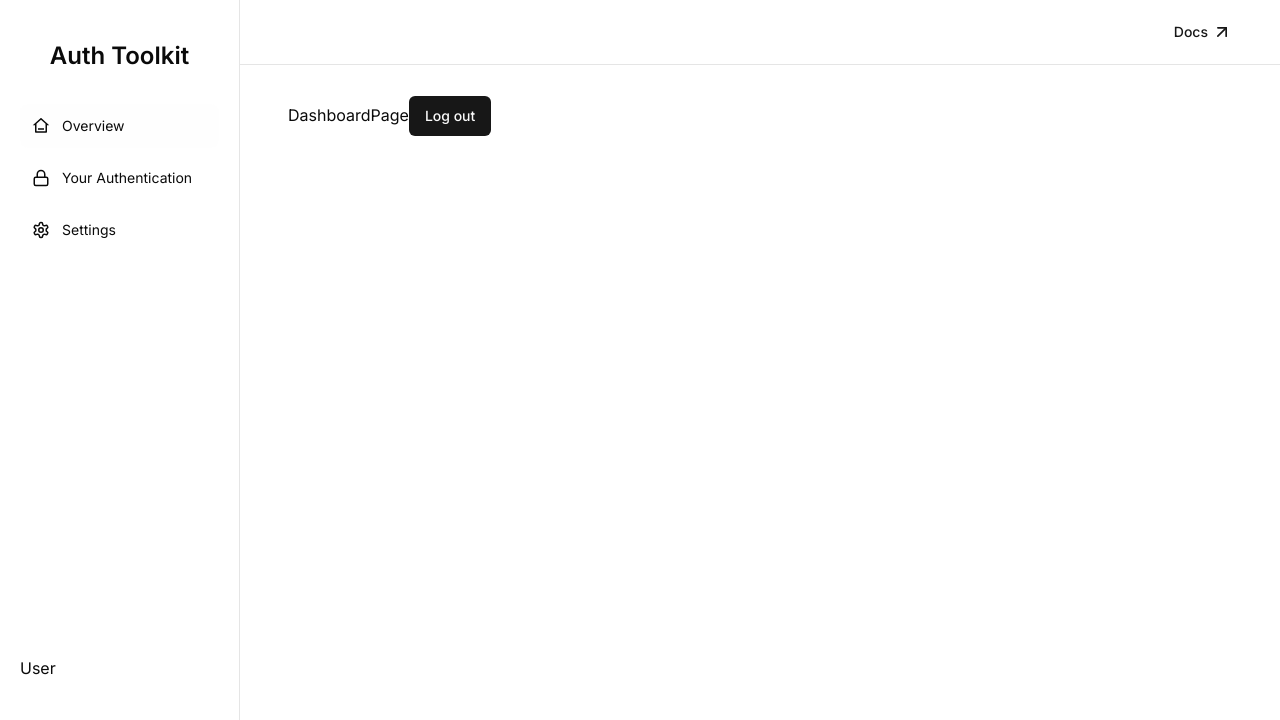
Repository: nickgoel31/authentication-toolkit
Page: /dashboard
An editor plug-in stored every save of this project. The page is shown before and after the next save, followed by the edit.
The browser window is 1280 px wide. The pictures show the whole page.
The page's requests for data from a server got no answer. The project was rebuilt for these pictures with package versions that can differ from the ones it lists, and the page was loaded fresh each time. The framework's server and built-in components were replaced by stand-ins that run in the browser. No one was signed in, and anything a server would have sent is missing. Also part of the build but not shown: next.config.mjs.

Above is the page before, as saved 2024-02-05 20:11:24.

### app/layout.tsx
import type { Metadata } from "next";
import { Inter } from "next/font/google";
import "./globals.css";
import { ThemeProvider } from "@/providers/theme-provider";
import { ModeToggle } from "@/components/mode-toggle";

const inter = Inter({ subsets: ["latin"] });

export const metadata: Metadata = {
  title: "Authentication App",
  description: "Generated by create next app",
};

export default function RootLayout({
  children,
}: Readonly<{
  children: React.ReactNode;
}>) {
  return (
    <html lang="en">
      <body className={inter.className}>
      <ThemeProvider
        attribute="class"
        defaultTheme="system"
        enableSystem
        disableTransitionOnChange
        >
        <div className="relative h-full">
          {children}

        </div>

      </ThemeProvider>
      </body>
    </html>
  );
}

### app/(protected)/dashboard/layout.tsx
import React from 'react'
import Sidebar from '../_components/sidebar'
import Navbar from '../_components/navbar'
import {SessionProvider} from 'next-auth/react'
import { auth } from '@/auth'

const DashboardLayout = async ({children} : {children:React.ReactNode}) => {
  const session = await auth();

  return (
    <SessionProvider session={session}>
      <div className='mx-auto flex flex-col relative pl-72 pt-24'>
          <Sidebar />
          <Navbar />
          {children}
      </div>
    </SessionProvider>
  )
}

export default DashboardLayout

### app/(protected)/dashboard/page.tsx
import { auth, signOut } from '@/auth'
import { Button } from '@/components/ui/button'
import React from 'react'

const DashboardPage = async () => {

  const session = await auth()

  return (
    <div className='h-full'>
      DashboardPage
        <Button type='submit'>Log out</Button>
    </div>
  )
}

export default DashboardPage

### app/globals.css
@tailwind base;
@tailwind components;
@tailwind utilities;

html,body{
  height: 100%;
}

@layer base {
  :root {
    --background: 0 0% 100%;
    --foreground: 0 0% 3.9%;

    --card: 0 0% 100%;
    --card-foreground: 0 0% 3.9%;

    --popover: 0 0% 100%;
    --popover-foreground: 0 0% 3.9%;

    --primary: 0 0% 9%;
    --primary-foreground: 0 0% 98%;

    --secondary: 0 0% 96.1%;
    --secondary-foreground: 0 0% 9%;

    --muted: 0 0% 96.1%;
    --muted-foreground: 0 0% 45.1%;

    --accent: 0 0% 96.1%;
    --accent-foreground: 0 0% 9%;

    --destructive: 0 84.2% 60.2%;
    --destructive-foreground: 0 0% 98%;

    --border: 0 0% 89.8%;
    --input: 0 0% 89.8%;
    --ring: 0 0% 3.9%;

    --radius: 0.5rem;
  }

  .dark {
    --background: 0 0% 3.9%;
    --foreground: 0 0% 98%;

    --card: 0 0% 3.9%;
    --card-foreground: 0 0% 98%;

    --popover: 0 0% 3.9%;
    --popover-foreground: 0 0% 98%;

    --primary: 0 0% 98%;
    --primary-foreground: 0 0% 9%;

    --secondary: 0 0% 14.9%;
    --secondary-foreground: 0 0% 98%;

    --muted: 0 0% 14.9%;
    --muted-foreground: 0 0% 63.9%;

    --accent: 0 0% 14.9%;
    --accent-foreground: 0 0% 98%;

    --destructive: 0 62.8% 30.6%;
    --destructive-foreground: 0 0% 98%;

    --border: 0 0% 14.9%;
    --input: 0 0% 14.9%;
    --ring: 0 0% 83.1%;
  }
}

@layer base {
  * {
    @apply border-border;
  }
  body {
    @apply bg-background text-foreground;
  }
}

### app/(protected)/_components/sidebar.tsx
"use client"

import { cn } from '@/lib/utils';
import { Home, HomeIcon, Lock, LucideHome, Settings } from 'lucide-react'
import { useSession } from 'next-auth/react';
import Link from 'next/link'
import { usePathname } from 'next/navigation';
import React from 'react'
import { RiHome3Line } from "react-icons/ri";

const sidebarLinks = [
    {
        icon: <RiHome3Line size={18}/>,
        name: "Overview",
        path: "/dashboard"
    },
    {
        icon: <Lock size={18}/>,
        name: "Your Authentication",
        path: "/dashboard/auth-app"
    },
    {
        icon: <Settings size={18}/>,
        name: "Settings",
        path: "/dashboard/settings"
    },
]


const Sidebar = () => {

    const path = usePathname()

    const session = useSession()

  return (
    <div className='border-r bg-background z-[12] w-60 h-full fixed top-0 left-0 py-10 flex flex-col space-y-8 justify-between px-5'>
        <div className='flex flex-col space-y-8'>
            <h1 className='font-semibold text-2xl text-center'>Auth Toolkit</h1>

            <div className='flex flex-col gap-2'>
                {sidebarLinks.map((link) => (
                    <Link key={link.path} href={link.path} className={cn('flex gap-3 text-sm items-center hover:bg-neutral-100/10 p-3 rounded-lg', path === link.path ? "bg-neutral-100/10" : "")}>
                        {link.icon}
                        {link.name}
                    </Link>
                ))}
            </div>
        </div>

        <div className=''>
            <h1>User</h1>
        </div>
    </div>
  )
}

export default Sidebar

### app/(protected)/_components/navbar.tsx
import { Button } from '@/components/ui/button'
import { ArrowUpRightIcon } from 'lucide-react'
import Link from 'next/link'
import React from 'react'

const Navbar = () => {
  return (
    <div className='border-b w-full fixed top-0 left-0 pl-60 z-[10] bg-background py-3 px-8 items-center flex justify-end'>
        <Button variant={"link"} className='group transition'>
            <Link href={"/docs"} className='flex gap-1 items-center font-medium'>
                Docs <ArrowUpRightIcon className='group-hover:translate-x-[2px] group-hover:-translate-y-[2px] transition'  size={20}/>
            </Link>
        </Button>
    </div>
  )
}

export default Navbar

### auth.ts
import NextAuth, { Session } from "next-auth"
import { PrismaAdapter } from "@auth/prisma-adapter"
import { PrismaClient } from "@prisma/client"
import authConfig from "./auth.config"
import { db } from "./lib/db"
import { JWT } from "next-auth/jwt"
import { getUserById } from "./helpers/auth-helper"

const prisma = new PrismaClient()

export const {
  handlers: {GET, POST},
  auth,
  signIn,
  signOut,
 } = NextAuth({

  pages: {
    signIn: "/sign-in",
    error: "/auth/error"
  },


  events:{
    async linkAccount({user}) {
      await db.user.update({
        where: {id: user.id},
        data: {emailVerified: new Date()}
      })
    }
  },


  callbacks:{

    async signIn({user, account}){

      if(account?.provider !== "credentials") return true;

      if(user.id){
        const existingUser = await getUserById(user.id);

        if(!existingUser || !existingUser.emailVerified){
          return false;
        }
      }

      return true;
    },

    async jwt({token}){
      if(!token.sub) return token;

      const existingUser = await getUserById(token.sub)

      if(!existingUser) return token;

      token.role = existingUser.role;
      return token;
    },

    async session({token, session} : {session:Session, token?: JWT}){
      if (token) {
        console.log(token)
        if(session.user){
          session.user.id = token.sub;
        }

        if(token.role && session.user){
          session.user.role = token.role;
        }
      }
      return session;
    }
  },

  adapter: PrismaAdapter(db),
  session: { strategy: "jwt" },
  ...authConfig,
})

### components/ui/button.tsx
import * as React from "react"
import { Slot } from "@radix-ui/react-slot"
import { cva, type VariantProps } from "class-variance-authority"

import { cn } from "@/lib/utils"

const buttonVariants = cva(
  "inline-flex items-center justify-center whitespace-nowrap rounded-md text-sm font-medium ring-offset-background transition-colors focus-visible:outline-none focus-visible:ring-2 focus-visible:ring-ring focus-visible:ring-offset-2 disabled:pointer-events-none disabled:opacity-50",
  {
    variants: {
      variant: {
        default: "bg-primary text-primary-foreground hover:bg-primary/90",
        destructive:
          "bg-destructive text-destructive-foreground hover:bg-destructive/90",
        outline:
          "border border-input bg-background hover:bg-accent hover:text-accent-foreground",
        secondary:
          "bg-secondary text-secondary-foreground hover:bg-secondary/80",
        ghost: "hover:bg-accent hover:text-accent-foreground",
        link: "text-primary underline-offset-4 hover:underline",
      },
      size: {
        default: "h-10 px-4 py-2",
        sm: "h-9 rounded-md px-3",
        lg: "h-11 rounded-md px-8",
        icon: "h-10 w-10",
      },
    },
    defaultVariants: {
      variant: "default",
      size: "default",
    },
  }
)

export interface ButtonProps
  extends React.ButtonHTMLAttributes<HTMLButtonElement>,
    VariantProps<typeof buttonVariants> {
  asChild?: boolean
}

const Button = React.forwardRef<HTMLButtonElement, ButtonProps>(
  ({ className, variant, size, asChild = false, ...props }, ref) => {
    const Comp = asChild ? Slot : "button"
    return (
      <Comp
        className={cn(buttonVariants({ variant, size, className }))}
        ref={ref}
        {...props}
      />
    )
  }
)
Button.displayName = "Button"

export { Button, buttonVariants }

### auth.config.ts
import Credentials from "next-auth/providers/credentials"
import Github from "next-auth/providers/github"

import type { NextAuthConfig } from "next-auth"
import { loginSchema } from "./schemas"
import { getUserByEmail } from "./helpers/auth-helper"
import bcryptjs from "bcryptjs"

export default {



  providers: [
    Credentials({
      async authorize(credentials) {
        const validatedFields = loginSchema.safeParse(credentials)

        if(validatedFields.success){
          const {email, password} = validatedFields.data

          const user = await getUserByEmail(email);

          if(!user || !user.password) return null;

          const passwordsMatch = await bcryptjs.compare(
            password,
            user.password
          )

          if(passwordsMatch) return user;
        }

        return null;
      }
    }),

    Github({
      clientId: process.env.GITHUB_CLIENT_ID,
      clientSecret: process.env.GITHUB_CLIENT_SECRET,
    })
  ],
} satisfies NextAuthConfig

### lib/db.ts
import { PrismaClient } from "@prisma/client";

declare global {
    var prisma: PrismaClient | undefined;
}

export const db = globalThis.prisma || new PrismaClient()
if (process.env.NODE_ENV !== 'production') globalThis.prisma = db

### helpers/auth-helper.ts
import { db } from "@/lib/db";

export const getUserByEmail = async (email: string) => {

    const user = await db.user.findUnique({
        where:{
            email
        }
    })

    return user;

}

export const getUserByUserName = async (userName: string) => {

    const user = await db.user.findUnique({
        where:{
            userName
        }
    })

    return user;

}

export const getUserById = async (id: string) => {

    const user = await db.user.findUnique({
        where:{
            id
        }
    })

    return user;

}

### schemas/index.ts
import {z} from "zod"

export const loginSchema = z.object({
    email: z.string().email(),
    password: z.string().min(1, {
        message: "Password must not be empty"
    })
})

export const registerSchema = z.object({
    userName:  z.string().min(4,{message: "Username cannot be blank"}),
    email: z.string().email(),
    password: z.string().min(5, {
        message: "Password must contain at least 5 characters"
    }).includes("@",{
        message: "Password should contain @ symbol"
    })
})

Loaded but not shown: providers/theme-provider.tsx (common file); lib/utils.ts (common file); tailwind.config.ts (common file)

After the next save:
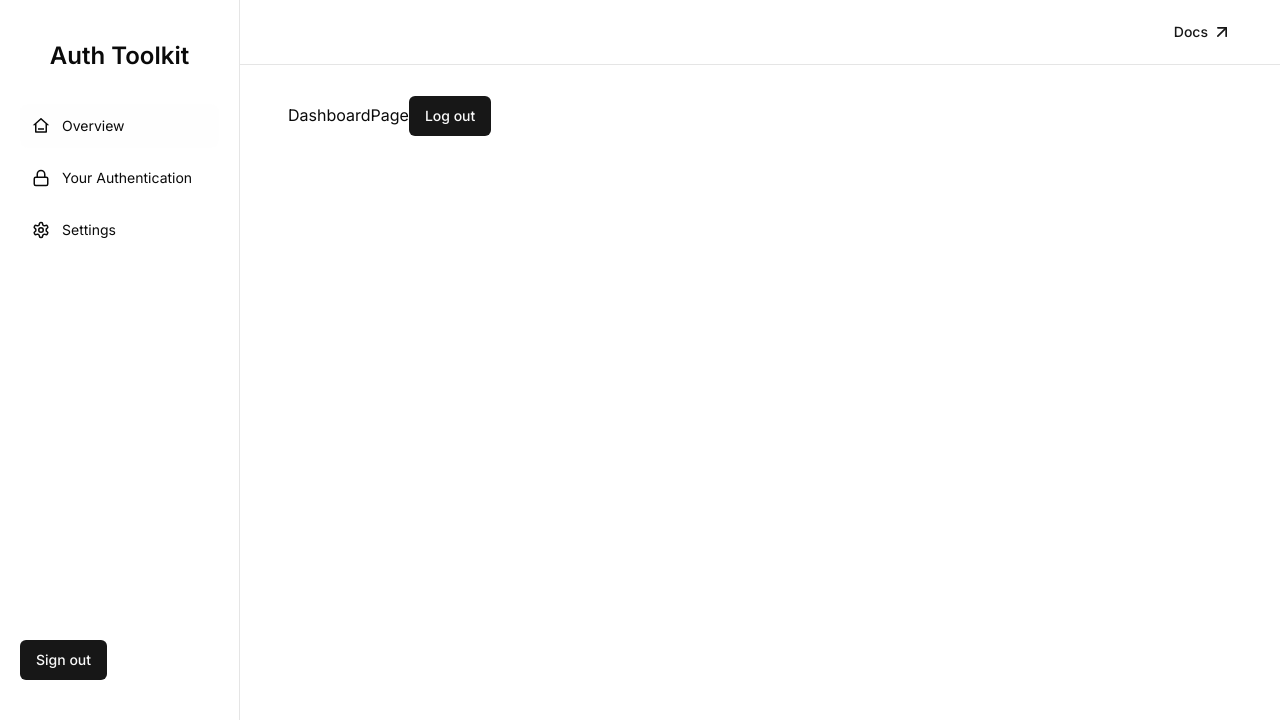
Saved 40 s later.
--- a/app/(protected)/_components/sidebar.tsx
+++ b/app/(protected)/_components/sidebar.tsx
@@ -1,8 +1,9 @@
 "use client"
 
+import { Button } from '@/components/ui/button';
 import { cn } from '@/lib/utils';
 import { Home, HomeIcon, Lock, LucideHome, Settings } from 'lucide-react'
-import { useSession } from 'next-auth/react';
+import { signOut, useSession } from 'next-auth/react';
 import Link from 'next/link'
 import { usePathname } from 'next/navigation';
 import React from 'react'
@@ -33,6 +34,10 @@ const Sidebar = () => {
 
     const session = useSession()
 
+    const onClick = () => {
+        signOut();
+    }
+
   return (
     <div className='border-r bg-background z-[12] w-60 h-full fixed top-0 left-0 py-10 flex flex-col space-y-8 justify-between px-5'>
         <div className='flex flex-col space-y-8'>
@@ -49,7 +54,7 @@ const Sidebar = () => {
         </div>
 
         <div className=''>
-            <h1>User</h1>
+            <Button >Sign out</Button>
         </div>
     </div>
   )
